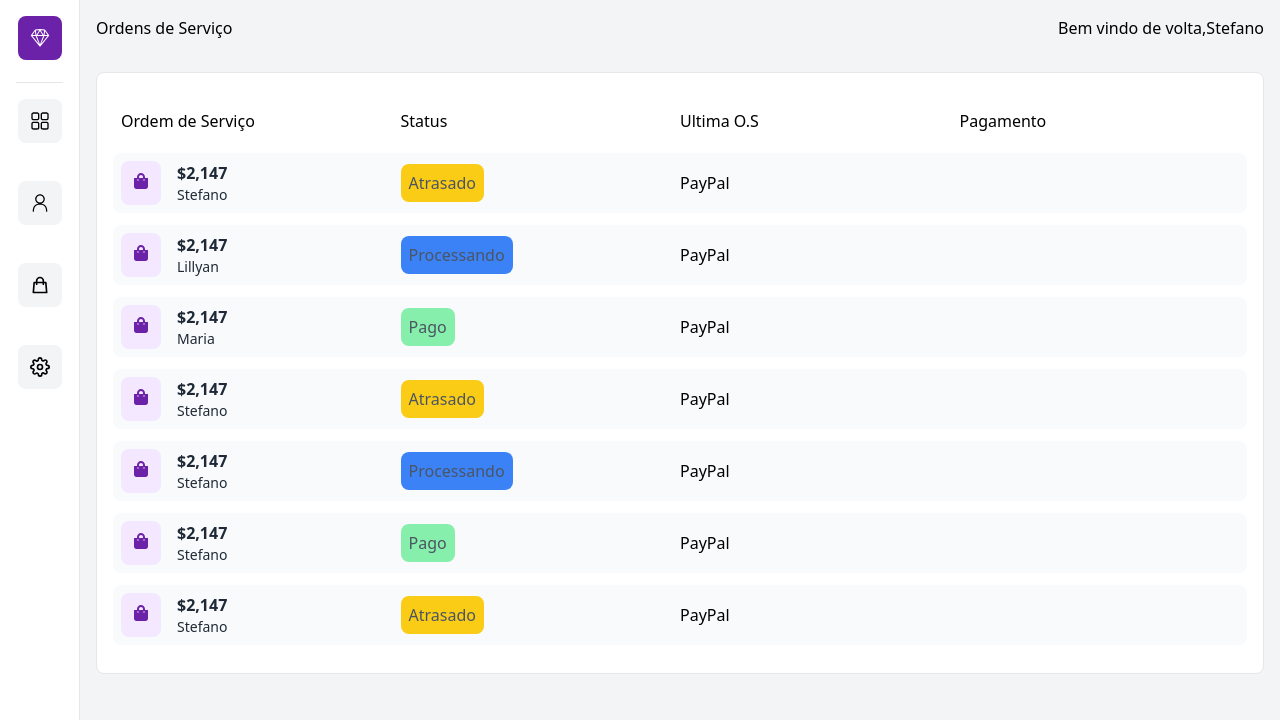
Repository: stefanosousaa/dashboard-next13
Page: /orders
The author's editor kept a copy of each file at every save. The page is drawn from the files as they stood at one save, then again after the next save.
The browser window is 1280 px wide. The pictures show the whole page.
The project was rebuilt for these pictures with package versions that can differ from the ones it lists, and the page was loaded fresh each time. The framework's server and built-in components were replaced by stand-ins that run in the browser. Also part of the build but not shown: next.config.js.

Above is the page before, as saved 2023-05-18 18:56:12.

### pages/_app.js
import Sidebar from '@/components/Sidebar'
import '@/styles/globals.css'

export default function App({ Component, pageProps }) {
  return (
    <Sidebar>
        <Component {...pageProps} />
    </Sidebar>

  )
}

### pages/orders.jsx
import React from 'react'
import { FaShoppingBag } from 'react-icons/fa'
import {data} from '../data/data.js'

const orders = () => {
  return (
    <div className='bg-gray-100 min-h-screen'>
        <div className='flex justify-between p-4'>
            <h2>Ordens de Serviço</h2>
            <h2>Bem vindo de volta,Stefano</h2>
        </div>
        <div className='p-4'>
            <div className='w-full m-auto p-4 border rounded-lg bg-white overflow-y-auto'>
              <div className='my-3 p-2 grid md:grid-cols-4 sm:grid-cols-3 grid-cols-2 items-center justify-between cursor-pointer'>
                <span>Ordem de Serviço</span>
                <span className='sm:text-left text-right'>Status</span>
                <span className='hidden md:grid'>Ultima O.S</span>
                <span className='hidden sm:grid'>Pagamento</span>
              </div>
              <ul>
                {data.map((order,id) => (
        <li
            key={id}
            className='bg-gray-50 hover:bg-gray-100 rounded-lg my-3 p-2 grid md:grid-cols-4 sm:grid-cols-3 grid-cols-2 items-center justify-between cursor-pointer'>
                      <div className='flex'>
                          <div className='bg-purple-100 p-3 rounded-lg'>
                             <FaShoppingBag className='text-purple-800'/>
                           </div>
                        <div className='pl-4'>
                            <p className='text-gray-800 font-bold'>${order.total.toLocaleString()}</p>
                            <p className='text-gray-800 text-sm'>{order.name.first}</p>
                        </div>

                        </div>
                        <p className='text-gray-600 sm:text-left text-right'>
                            <span className={
                                order.status == 'Pago'
                                ? 'bg-green-300 p-2 rounded-lg'
                                : order.status == 'Atrasado'
                                ? 'bg-yellow-400 p-2 rounded-lg'
                                : 'bg-blue-500 p-2 rounded-lg'
                            }
                            >{order.status}</span>
                        </p>
                        <p>{order.method}</p>


        </li>
                ))}
              </ul>
            </div>
        </div>
    </div>
  )
}

export default orders

### components/Sidebar.jsx
import Link from 'next/link'
import Image from 'next/image'
import React from 'react'
import {RxSketchLogo,RxDashboard, RxPerson} from 'react-icons/rx'
import {FiSettings} from 'react-icons/fi'
import {HiOutlineShoppingBag} from 'react-icons/hi'

const Sidebar = ({children}) => {
  return (
    <div className='flex'>
        <div className='fixed w-20 h-screen p-4 bg-white border-r-[1px] flex flex-col justify-between'>
        <div className='flex flex-col items-center'>

          <Link href='/'>
            <div className='bg-purple-800 text-white p-3 rounded-lg inline-block'>
              <RxSketchLogo size={20}/>
            </div>
          </Link>
          <span className='border-b-[1px] border-gray-200 w-full p-2'></span>
          <Link href='/'>
            <div className='bg-gray-100 hover:bg-gray-200 cursor-pointer my-4 p-3 rounded-lg inline-block'>
              <RxDashboard size={20}/>
            </div>
          </Link>
          <Link href='/costumers'>
            <div className='bg-gray-100 hover:bg-gray-200 cursor-pointer my-4 p-3 rounded-lg inline-block'>
              <RxPerson size={20}/>
            </div>
          </Link>
          <Link href='/orders'>
            <div className='bg-gray-100 hover:bg-gray-200 cursor-pointer my-4 p-3 rounded-lg inline-block'>
              <HiOutlineShoppingBag size={20}/>
            </div>
          </Link>
          <Link href='/'>
            <div className='bg-gray-100 hover:bg-gray-200 cursor-pointer my-4 p-3 rounded-lg inline-block'>
              <FiSettings size={20}/>
            </div>
          </Link>
        </div>
        </div>

        <main className='ml-20 w-full'>{children}</main>
    </div>
  )
}

export default Sidebar

### data/data.js
export const data = [
    {
        id:1,
        name: {
            first: 'Stefano',
            last: 'Sousa',
        },
        total: 2147.00,
        status: 'Atrasado',
        method: 'PayPal',
        date: '15 minutos atrás',
    },
    {
        id:2,
        name: {
            first: 'Lillyan',
            last: 'Lima',
        },
        total: 2147.00,
        status: 'Processando',
        method: 'PayPal',
        date: '15 minutos atrás',
    },
    {
        id:3,
        name: {
            first: 'Maria',
            last: 'José',
        },
        total: 2147.00,
        status: 'Pago',
        method: 'PayPal',
        date: '15 minutos atrás',
    },
    {
        id:4,
        name: {
            first: 'Stefano',
            last: 'Sousa',
        },
        total: 2147.00,
        status: 'Atrasado',
        method: 'PayPal',
        date: '20 minutos atrás',
    },
    {
        id:5,
        name: {
            first: 'Stefano',
            last: 'Sousa',
        },
        total: 2147.00,
        status: 'Processando',
        method: 'PayPal',
        date: '45 minutos atrás',
    },
    {
        id:6,
        name: {
            first: 'Stefano',
            last: 'Sousa',
        },
        total: 2147.00,
        status: 'Pago',
        method: 'PayPal',
        date: '5 minutos atrás',
    },
    {
        id:7,
        name: {
            first: 'Stefano',
            last: 'Sousa',
        },
        total: 2147.00,
        status: 'Atrasado',
        method: 'PayPal',
        date: '55 minutos atrás',
    },
]

Loaded but not shown: pages/_document.js (common file); styles/globals.css (common file); tailwind.config.js (common file)

After the next save:
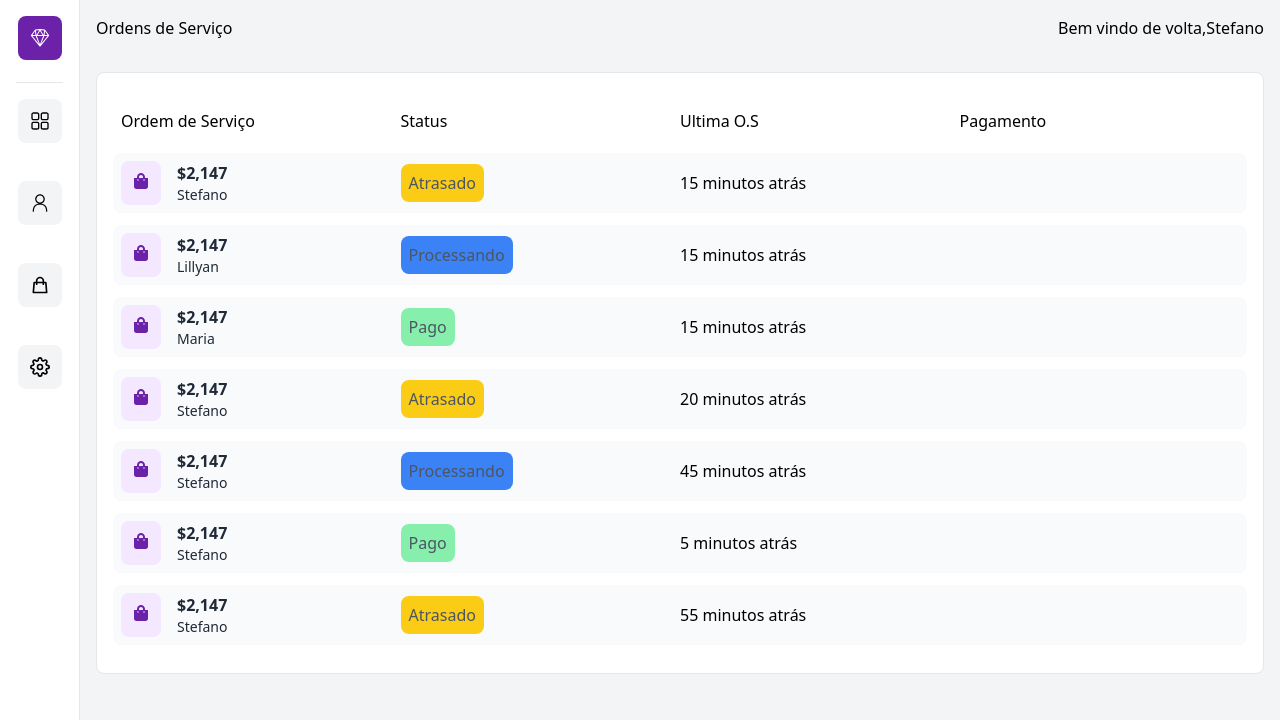
Saved 46 s later.
--- a/pages/orders.jsx
+++ b/pages/orders.jsx
@@ -42,7 +42,7 @@ const orders = () => {
                             }
                             >{order.status}</span>
                         </p>
-                        <p>{order.method}</p>
+                        <p className='hidden md:flex'>{order.date}</p>
 
 
         </li>
